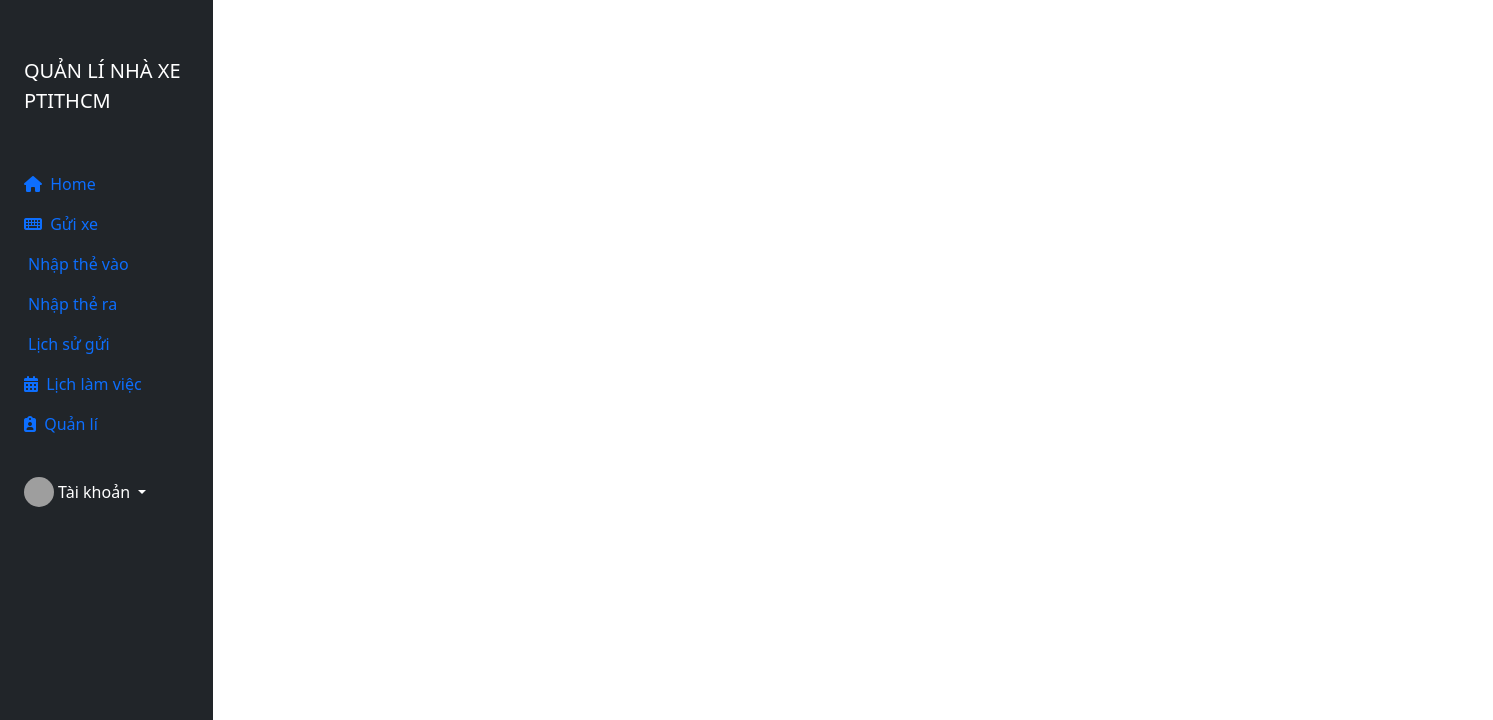
Repository: vantohuu/BOOKINGTOUR
Page: http://localhost/BOOKINGTOUR/WEB-INF/views/admin/admin.jsp
The author's editor kept a copy of each file at every save. The page is drawn from the files as they stood at one save, then again after the next save.
The browser window is 1280 px wide. The page is 1493 px wide, so the pictures cover 1493 px, including what lies to the right of the window. The pictures show the whole page.
Pictures or frames that could not be fetched are drawn as grey boxes. Some web libraries are served in a nearby version. The page is served by Tomcat 9. Nobody is signed in. The template is opened directly, without the code that normally fills it, so the values that code supplies are empty.

Above is the page before, as saved 2023-05-04 13:00:39.

After the next save:
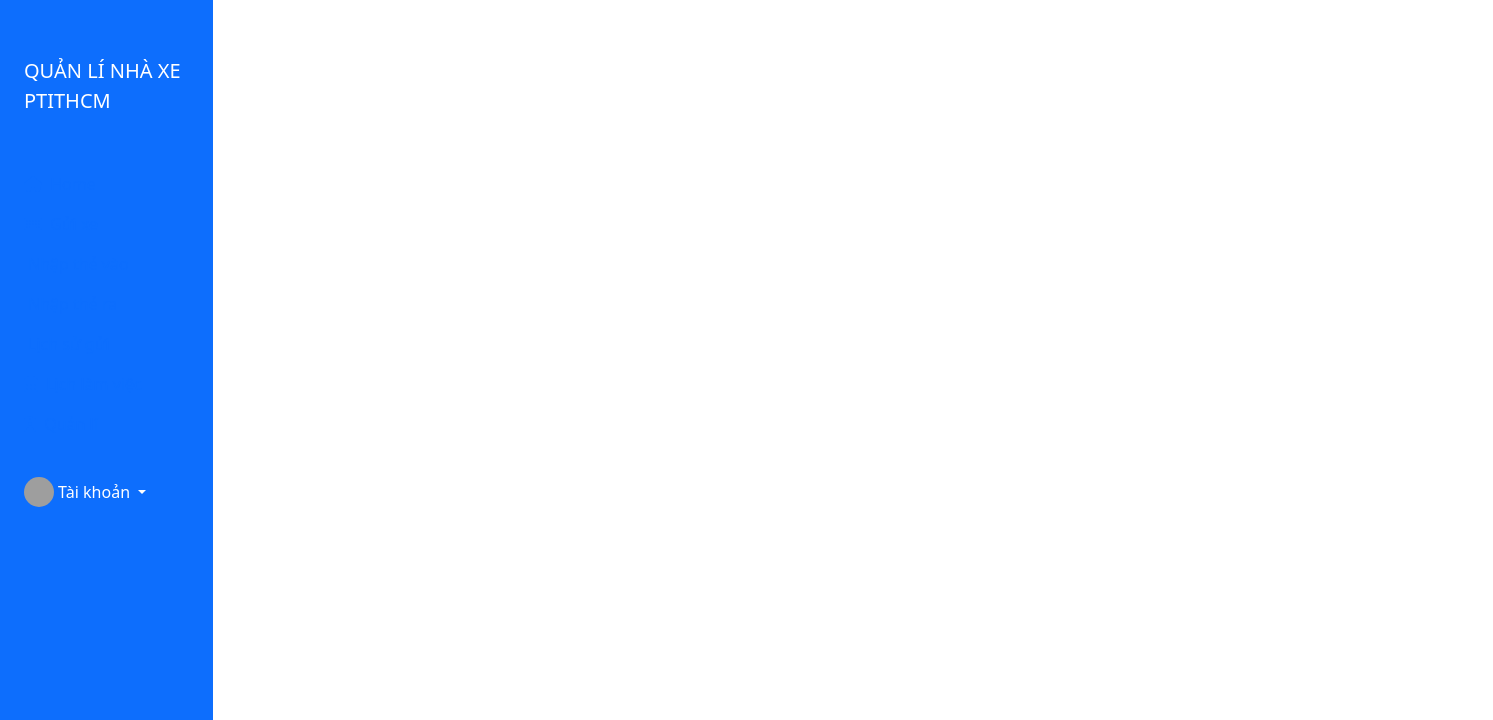
Saved 38 s later.
--- a/BOOKINGTOUR/src/main/webapp/WEB-INF/views/admin/admin.jsp
+++ b/BOOKINGTOUR/src/main/webapp/WEB-INF/views/admin/admin.jsp
@@ -14,7 +14,7 @@
 <body>
     <div class="container-fluid">
     <div class="row flex-nowrap">
-        <div class="col-auto col-md-3 col-xl-2 px-sm-2 px-0t bg-dark">
+        <div class="col-auto col-md-3 col-xl-2 px-sm-2 px-0t bg-primary">
             <div class="d-flex flex-column align-items-center align-items-sm-start px-3 pt-2 text-white min-vh-100 ">
                 <a href="#" class="d-flex align-items-center pb-5 pt-5 mb-md-0 me-md-auto text-white text-decoration-none">
                     <span class="fs-5 d-none d-sm-inline">QUẢN LÍ NHÀ XE PTITHCM</span>
